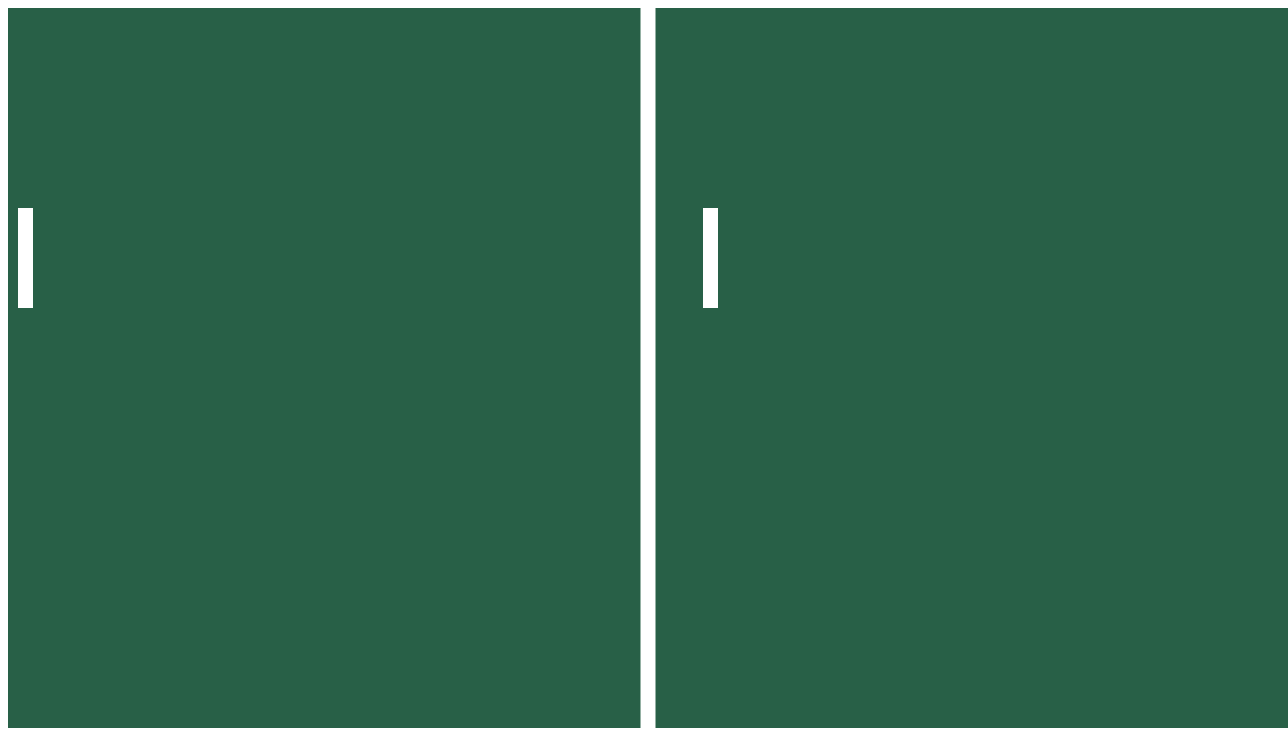
Repository: luizgaivaa/Game
Page: index.html
The author's editor kept a copy of each file at every save. The page is drawn from the files as they stood at one save, then again after the next save.
The browser window is 1280 px wide. The page is 1288 px wide, so the pictures cover 1288 px, including what lies to the right of the window. The pictures show the whole page.

Above is the page before, as saved 2024-03-26 16:18:50.

### index.html
<!DOCTYPE html>
<html lang="en">
<head>
    <meta charset="UTF-8">
    <meta name="viewport" content="width=device-width, initial-scale=1.0">
    <title>Ping_pong</title>
</head>
<body>
    <canvas></canvas>
        <script>
               const canvasEl = document.querySelector("canvas")
        const canvasCtx = canvasEl.getContext("2d")

        const lineWidth = 15
        function setup(){
            canvasEl.width = canvasCtx.width = window.innerWidth
            canvasEl.height = canvasCtx.height = window.innerHeight
        }

        function draw (){
            canvasCtx.fillStyle = "#286047"
            canvasCtx.fillRect(0,0, window.innerWidth, window.innerHeight)

            canvasCtx.fillStyle = "#ffffff"
            const x= window.innerWidth /2 - lineWidth /2
            const y = 0
            const w = lineWidth
            const h = window.innerHeight

            canvasCtx.fillRect(x,y,w,h)
            //raquete esquerda
            canvasCtx.fillRect(10,200,lineWidth,100)

            //raquete direita
            canvasCtx.fillRect(window.innerHeight - lineWidth - 10, 200, lineWidth, 100)


        }
        setup()
        draw()
        </script>


</body>
</html>

After the next save:
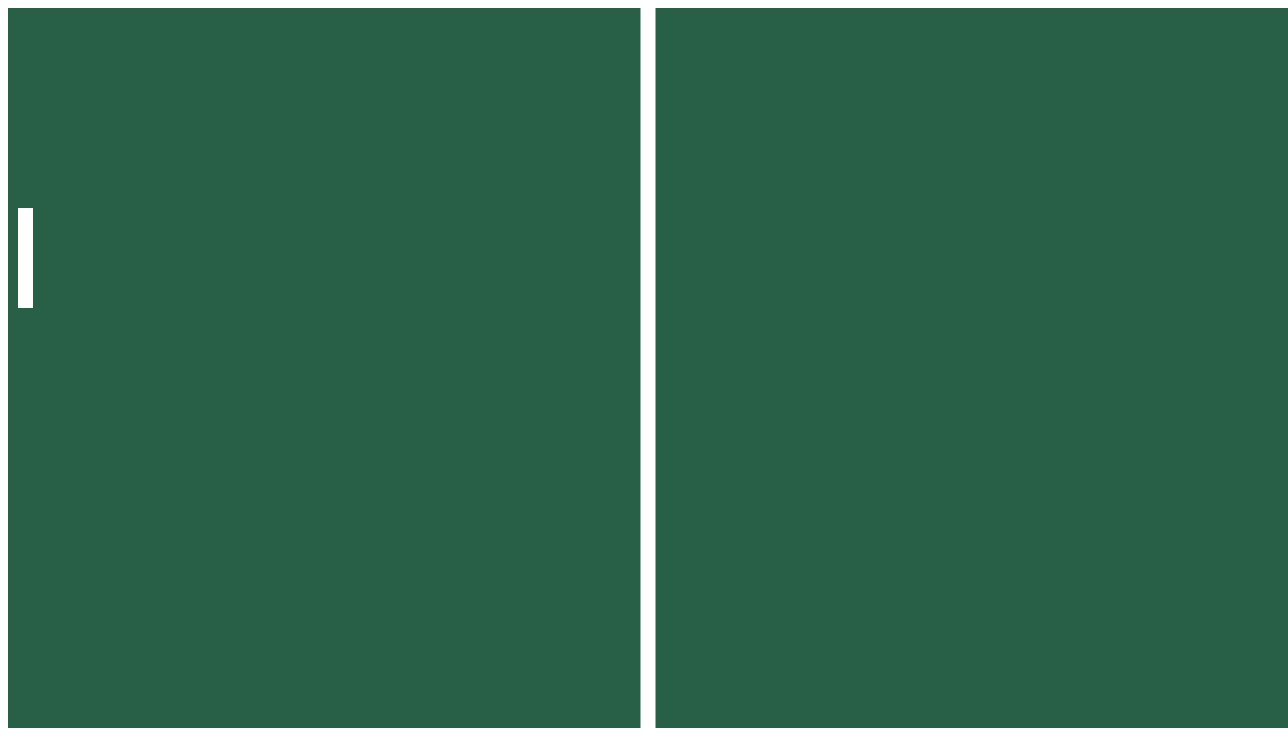
Saved 96 s later.
--- a/index.html
+++ b/index.html
@@ -32,7 +32,7 @@
             canvasCtx.fillRect(10,200,lineWidth,100)
 
             //raquete direita
-            canvasCtx.fillRect(window.innerHeight - lineWidth - 10, 200, lineWidth, 100)
+            canvasCtx.fillRect(window.innerHeght - lineWidth - 10, 200, lineWidth, 100)
 
 
         }
